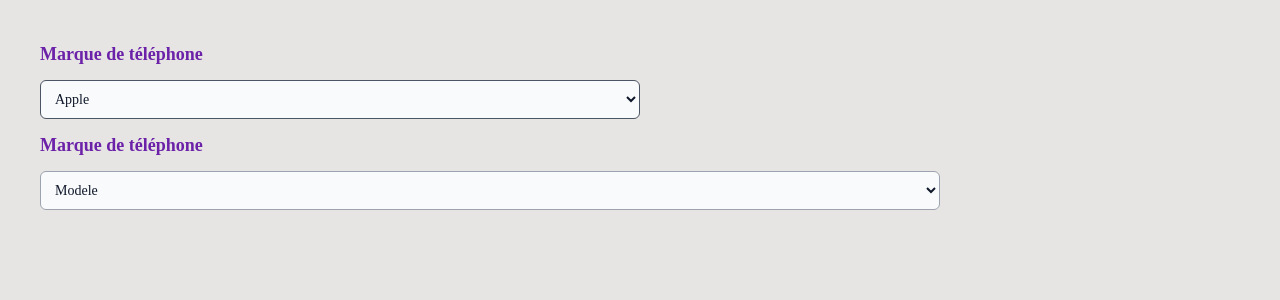
Repository: darlino/gotyu_shopify_section
Page: product_select220223/index.html
The author's editor kept a copy of each file at every save. The page is drawn from the files as they stood at one save, then again after the next save.
The browser window is 1280 px wide. The pictures show the whole page.
Some web fonts or font styles are not loaded; a fallback is used. Some web libraries are served in a nearby version.

Above is the page before, as saved 2023-02-22 20:17:09.
Console error: ReferenceError: array is not defined

### product_select220223/index.html
<!DOCTYPE html>
<html lang="en">
  <head>
    <meta charset="UTF-8" />
    <meta http-equiv="X-UA-Compatible" content="IE=edge" />
    <meta name="viewport" content="width=device-width, initial-scale=1.0" />
    <title>Document</title>
    <script src="https://cdn.tailwindcss.com"></script>
    <link rel="preconnect" href="https://fonts.googleapis.com" />
    <link rel="preconnect" href="https://fonts.gstatic.com" crossorigin />
    <link
      href="https://fonts.googleapis.com/css2?family=Gloock&display=swap"
      rel="stylesheet"
    />
    <link rel="stylesheet" href="style.css" />
  </head>
  <body>
    <section id="product_select220223">
      <div class="flex flex-col max-w-[1300px] bg-stone-200 h-screen mx-auto">
        <div class="flex flex-col w-full space-y-3 mx-auto p-10">
          <div class="flex flex-col space-y-3">
            <p class="text-lg font-bold text-left text-purple-800">
              Marque de téléphone
            </p>
            <select
              name="select_brand"
              id="select_brand"
              onchange="getElementSelectedValue()"
              class="bg-gray-50 w-1/2 border focus:border-2 border-gray-400 text-gray-900 text-sm rounded-md focus:ring-blue-500 focus:border-blue-800 block p-2.5 border-gray-600 placeholder-gray-900 text-slate-900 focus:ring-blue-700 focus:border-blue-700 outline-none"
            >
              <option class="text-md mb-2" value="Apple">Apple</option>
              <option class="text-md mb-2" value="Samsung">Samsung</option>
              <option class="text-md mb-2" value="Xiaomi">Xiaomi</option>
              <option class="text-md mb-2" value="Iphone">Iphone</option>
            </select>
          </div>
          <div class="flex flex-col space-y-3">
            <p class="text-lg font-bold text-left text-purple-800">
              Marque de téléphone
            </p>
            <select
              name="select_brand"
              onchange="getElementSelectedValue"
              id="select_model"
              class="bg-gray-50 w-3/4 border focus:border-2 border-gray-400 text-gray-900 text-sm rounded-md focus:ring-blue-500 focus:border-blue-800 block p-2.5 placeholder-gray-900 text-slate-900 focus:ring-blue-700 focus:border-blue-700 outline-none"
            >
              <option class="text-md mb-2" value="Mi 10">Modele</option>
              <option class="text-md mb-2" value="Samsung">Samsung</option>
              <option class="text-md mb-2" value="Xiaomi">Xiaomi</option>
              <option class="text-md mb-2" value="Iphone">Iphone</option>
            </select>
          </div>
        </div>
      </div>
    </section>
    <script type="text/javascript">
      function getElementSelectedValue() {
        const element = document.getElementById("select_brand").value;
        return element;
      }

      const modelValue = document.getElementById("select_model");

      const brandMatchModel = [
        { brand: "apple", modelId: 0 },
        { brand: "samsung", modelId: 1 },
        { brand: "xiaomi", modelId: 2 },
        { brand: "iphone", modelId: 3 },
      ];

      const allModels = [
        [
          { value: "Mi 10", text: "Mi 10" },
          { value: "Mi 9", text: "Mi 9" },
        ],
        [
          { value: "s7", text: "Samsung galaxy s7" },
          { value: "s6", text: "Samsung galaxy s6" },
        ],
      ];
      for (let index = 0; index < array.length; index++) {
        const element = array[index];
      }
    </script>
  </body>
</html>

### product_select220223/style.css
* {
  margin: 0;
  padding: 0;
  font-family: "Gloock", serif;
}

#product_select220223 {
  width: 100%;
  height: auto;
}

After the next save:
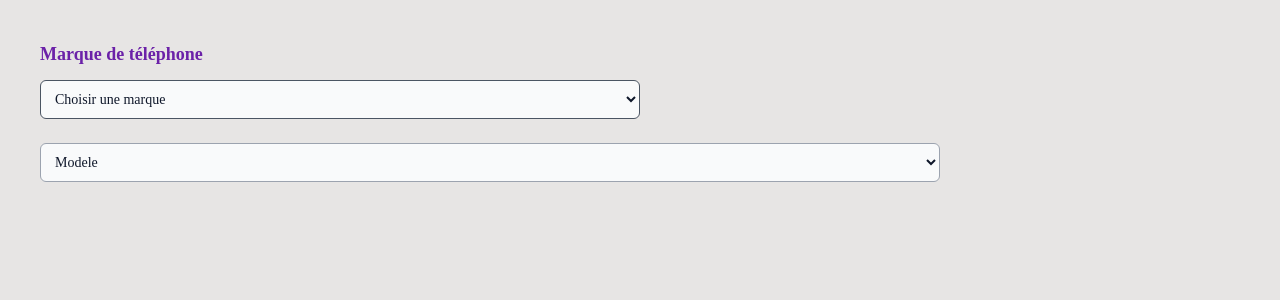
Saved 2 min 3 s later.
--- a/product_select220223/index.html
+++ b/product_select220223/index.html
@@ -28,14 +28,14 @@
               onchange="getElementSelectedValue()"
               class="bg-gray-50 w-1/2 border focus:border-2 border-gray-400 text-gray-900 text-sm rounded-md focus:ring-blue-500 focus:border-blue-800 block p-2.5 border-gray-600 placeholder-gray-900 text-slate-900 focus:ring-blue-700 focus:border-blue-700 outline-none"
             >
-              <option class="text-md mb-2" value="Apple">Apple</option>
+              <option class="text-md mb-2" value="">Choisir une marque</option>
               <option class="text-md mb-2" value="Samsung">Samsung</option>
               <option class="text-md mb-2" value="Xiaomi">Xiaomi</option>
               <option class="text-md mb-2" value="Iphone">Iphone</option>
             </select>
           </div>
           <div class="flex flex-col space-y-3">
-            <p class="text-lg font-bold text-left text-purple-800">
+            <p class="text-lg hidden font-bold text-left text-purple-800">
               Marque de téléphone
             </p>
             <select
@@ -77,6 +77,14 @@
           { value: "s7", text: "Samsung galaxy s7" },
           { value: "s6", text: "Samsung galaxy s6" },
         ],
+        [
+          { value: "s7", text: "Samsung galaxy s7" },
+          { value: "s6", text: "Samsung galaxy s6" },
+        ],
+        [
+          { value: "s7", text: "Samsung galaxy s7" },
+          { value: "s6", text: "Samsung galaxy s6" },
+        ],
       ];
       for (let index = 0; index < array.length; index++) {
         const element = array[index];
